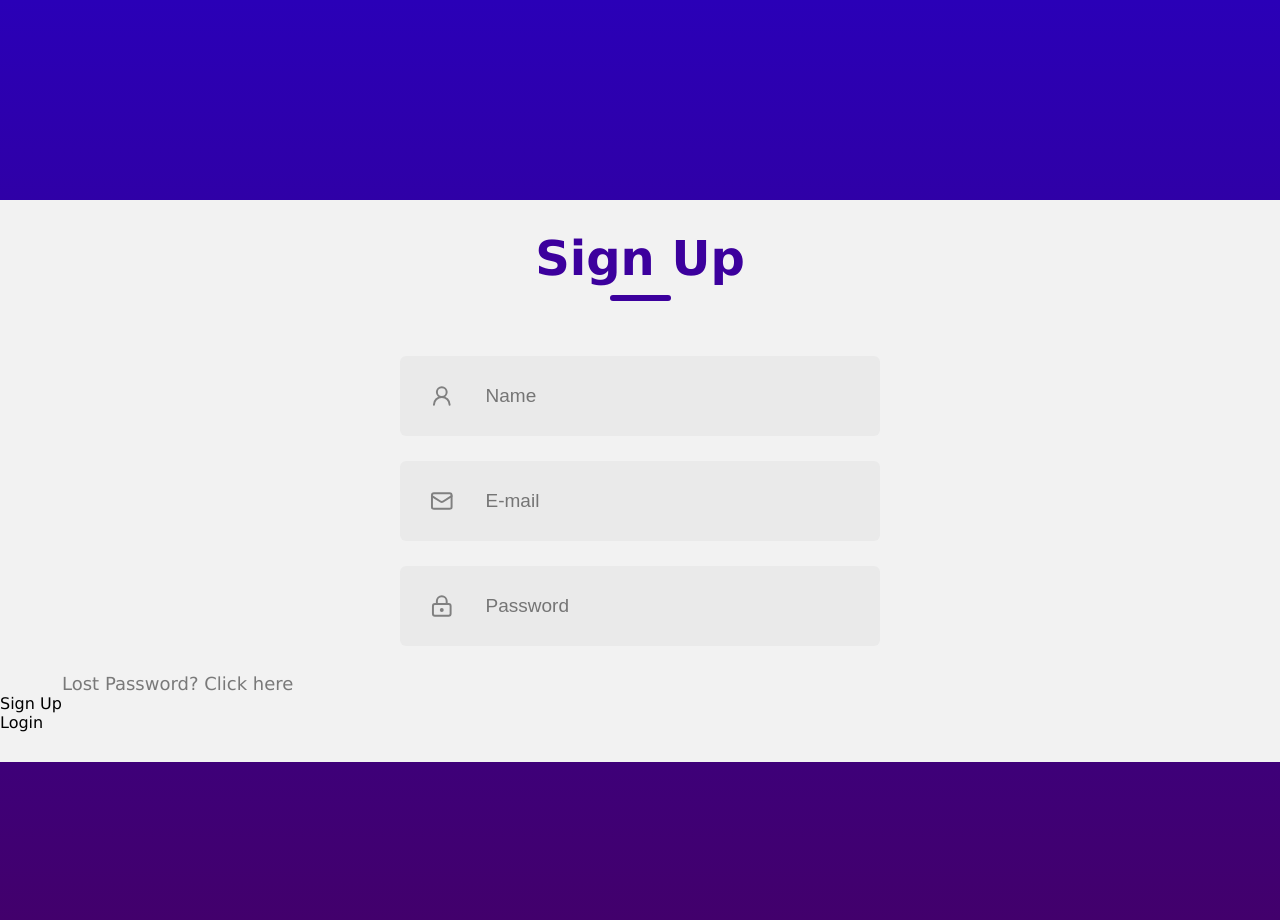
Repository: guilhermecardoso93/login-page
Page: /
An editor plug-in stored every save of this project. The page is shown before and after the next save, followed by the edit.
The browser window is 1280 px wide. The pictures show the whole page.
The project was rebuilt for these pictures with package versions that can differ from the ones it lists, and the page was loaded fresh each time. Also part of the build but not shown: vite.config.js.

Above is the page before, as saved 2024-10-22 19:30:21.

After the next save:
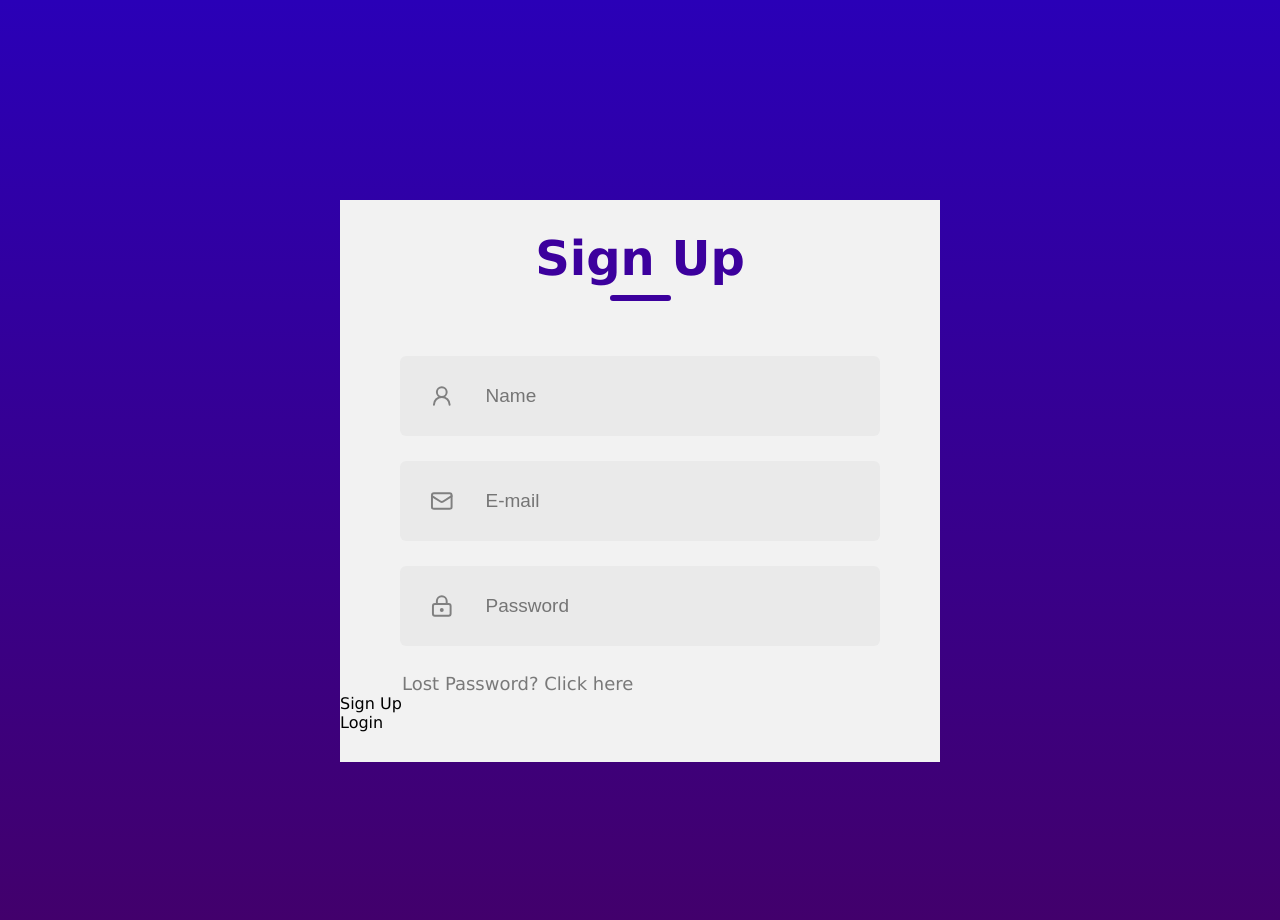
Saved 13 s later.
--- a/src/components/Login/Login.css
+++ b/src/components/Login/Login.css
@@ -3,6 +3,7 @@
   flex-direction: column;
   margin: auto;
   margin-top: 200px;
+  width: 600px;
   padding-bottom: 30px;
   background: #f2f2f2;
 }
